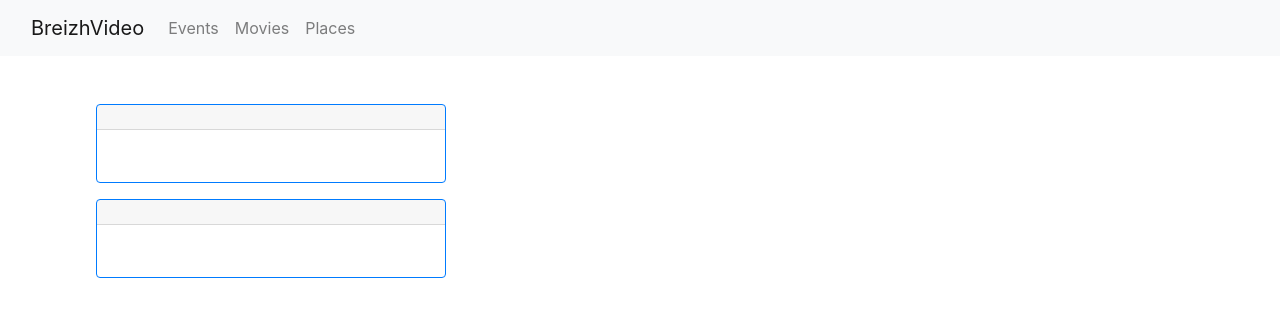
Repository: romgrm/Hackaton_BreizhVideo_FRONT
Page: /Movies
An editor plug-in stored every save of this project. The page is shown before and after a run of saves, followed by the edit.
The browser window is 1280 px wide. The pictures show the whole page.
The page's requests for data from a server got no answer. The project was rebuilt for these pictures with package versions that can differ from the ones it lists, and the page was loaded fresh each time. No one was signed in, and anything a server would have sent is missing. Also part of the build but not shown: src/Components/Events.js, src/Components/Village.js.

Above is the page before, as saved 2020-12-21 16:16:57.

After the next 4 saves:
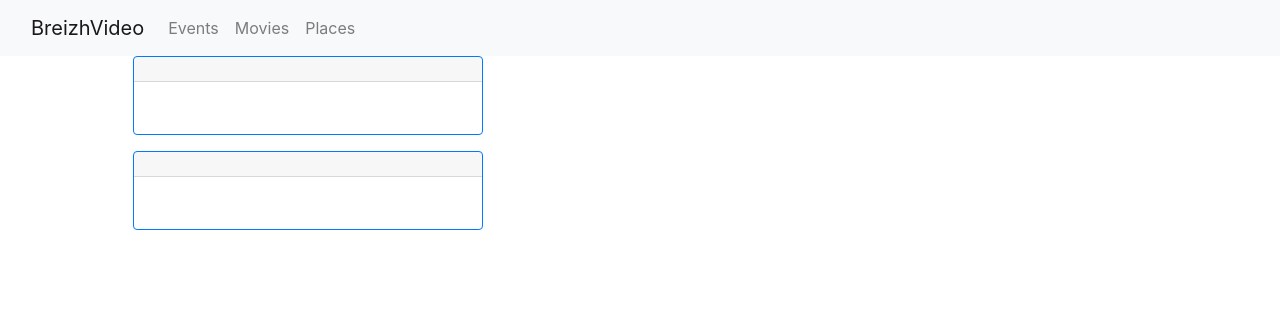
The 4 saves are shown as one change because they came seconds apart.
The last was saved 62 s later.
--- a/src/Components/Films.js
+++ b/src/Components/Films.js
@@ -20,7 +20,8 @@ export default function Films() {
     }, []);
 
     return (
-        <div className="grid row-col-2 mx-5 mt-5">
+        <div className="container">
+            <div className=""></div>
 
             <div class="card border-primary mb-3 mx-5" style={{width: 350}}>
                 <div class="card-header">{film.map((current) => (
